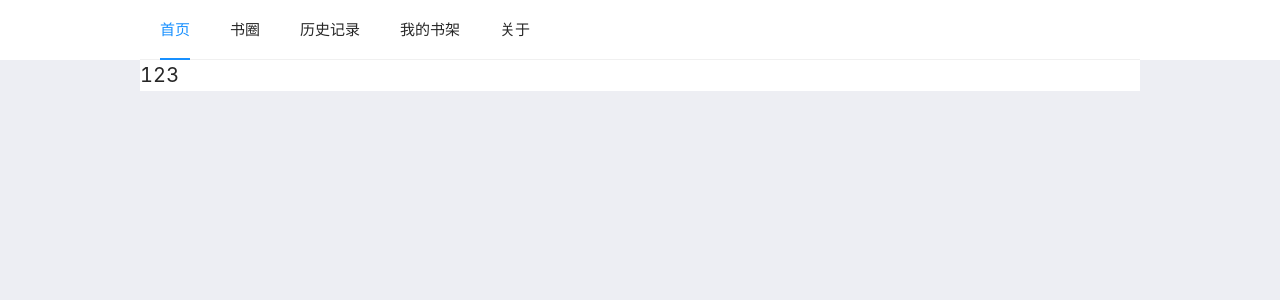
Repository: Fengjing95/book-react
Page: /
These files come from the project's save history. The page is drawn as it stood at one moment and after the next save; the edit follows.
The browser window is 1280 px wide. The pictures show the whole page.
The project was rebuilt for these pictures with package versions that can differ from the ones it lists, and the page was loaded fresh each time.

Above is the page before, as saved 2021-02-19 11:34:03.

After the next save:
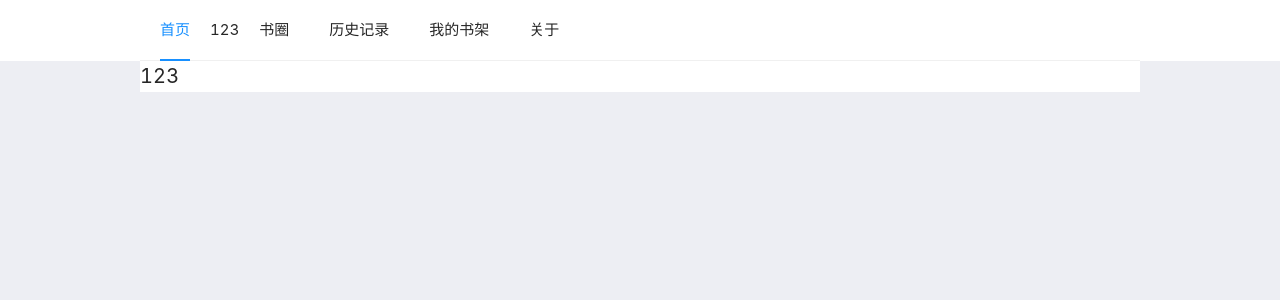
Saved 10 s later.
--- a/src/components/MyMenu/MyMenu.jsx
+++ b/src/components/MyMenu/MyMenu.jsx
@@ -38,7 +38,8 @@
               <Link to={item.route}>{ item.name }</Link>
             </Menu.Item>
           })
-        }
+          }
+          <div>123</div>
       </Menu>
       </div>
     )

After the save that followed:
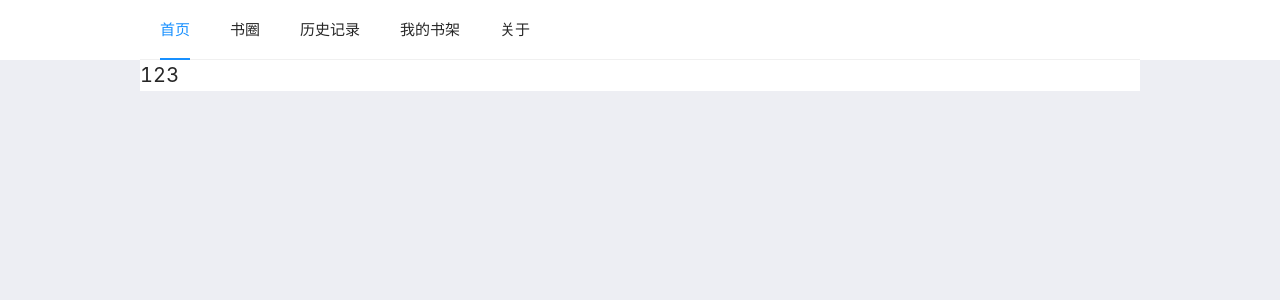
Saved 25 s later.
--- a/src/components/MyMenu/MyMenu.jsx
+++ b/src/components/MyMenu/MyMenu.jsx
@@ -38,8 +38,7 @@
               <Link to={item.route}>{ item.name }</Link>
             </Menu.Item>
           })
-          }
-          <div>123</div>
+        }
       </Menu>
       </div>
     )
